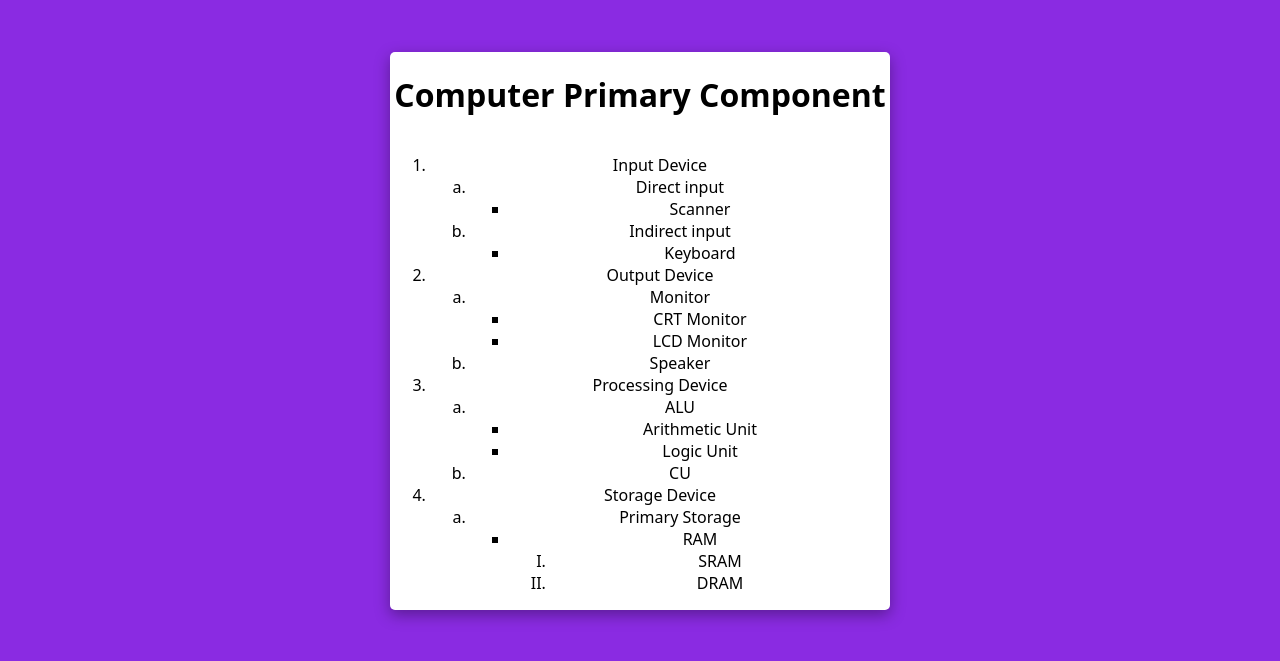
Repository: SharonSebastian32/Nested_List_in_html
Page: index.html
An editor plug-in stored every save of this project. The page is shown before and after the next save, followed by the edit.
The browser window is 1280 px wide. The pictures show the whole page.

Above is the page before, as saved 2024-09-01 08:00:37.

After the next save:
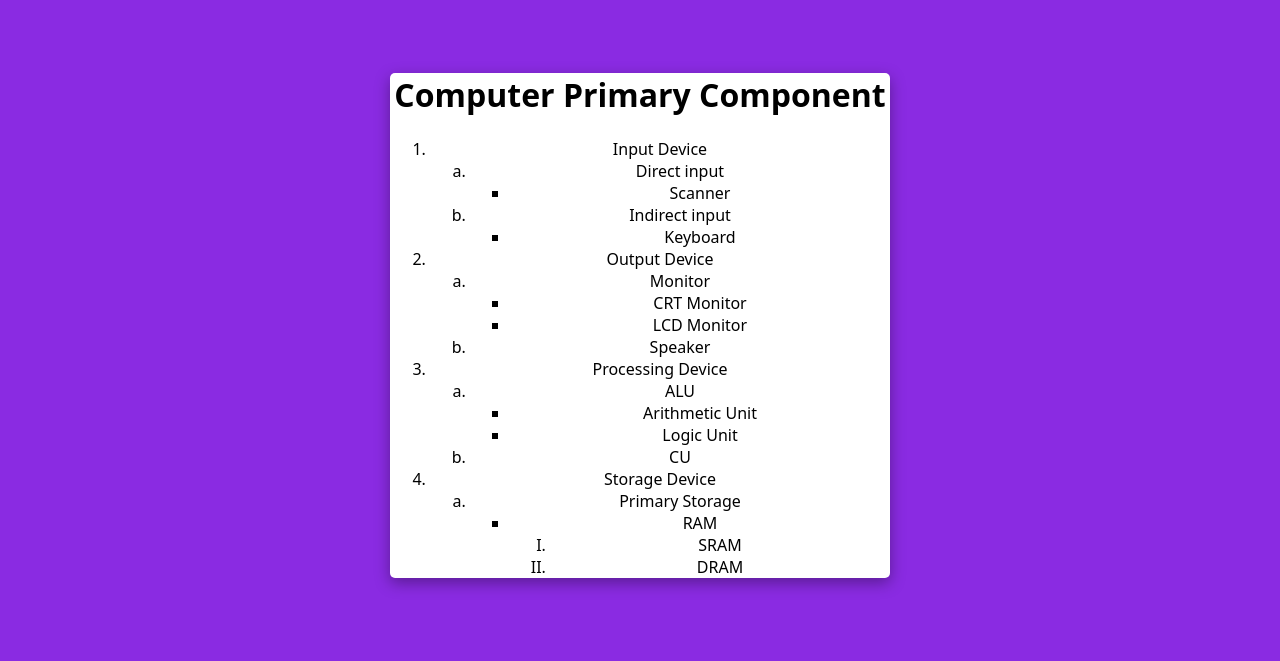
Saved 20 s later.
--- a/index.html
+++ b/index.html
@@ -13,8 +13,7 @@
       <div
         style="
           border-radius: 5px;
-          display: flex;
-           flex-direction: column;
+            flex-direction: column;
           background-color: rgb(255, 255, 255);
           width: 500px;
           box-shadow: rgba(0, 0, 0, 0.35) 0px 5px 15px;
